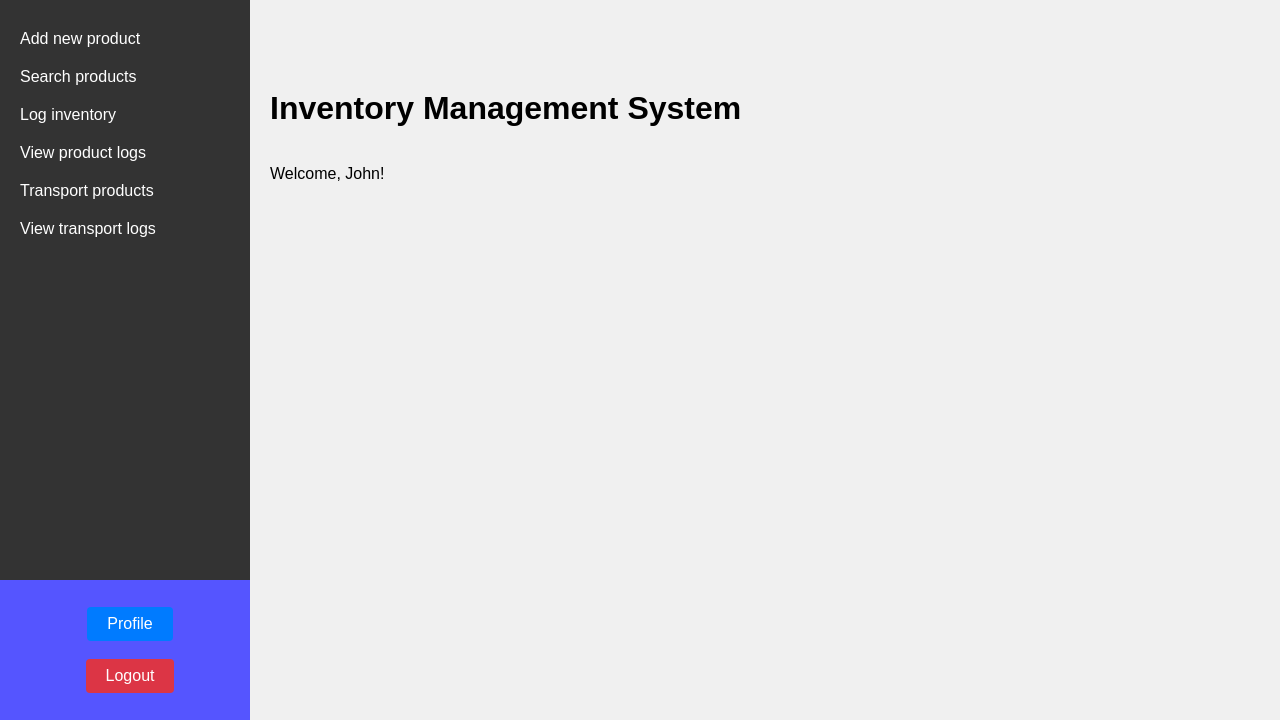
Repository: Warspinix/Flask-Web-Applications
Page: http://localhost/dashboard
An editor plug-in stored every save of this project. The page is shown before and after the next save, followed by the edit.
The browser window is 1280 px wide. The pictures show the whole page.
The page is served by the project's application, run on Flask 3 (app.py). The session is filled in as if someone had signed in: {"user_id": 1, "first_name": "John"}.

Above is the page before, as saved 2024-06-13 22:33:05.

### templates/dashboard.html
<!-- dashboard.html -->

<!DOCTYPE html>
<html>

<head>
    <title>Inventory Management System</title>
    <link rel="stylesheet" type="text/css" href="{{ url_for('static', filename='style.css') }}">
</head>

<body>
    <div class="container">
        <!-- Navigation Bar -->
        <nav class="navbar" id="navbar">
            <div class="navbar-container">
                <!-- Functionality list -->
                <ul class="navbar-menu" id="menu">
                    <li><a href="{{ url_for('add_product') }}">Add new product</a></li>
                    <li><a href="{{ url_for('search_products') }}">Search products</a></li>
                    <li><a href="{{ url_for('log_inventory') }}">Log inventory</a></li>
                    <li><a href="{{ url_for('view_product_logs') }}">View product logs</a></li>
                    <li><a href="{{ url_for('transport_products') }}">Transport products</a></li>
                    <li><a href="{{ url_for('view_transport_logs') }}">View transport logs</a></li>
                </ul>

                <div class="profile-logout">
                    <a href="{{ url_for('profile') }}" class="btn btn-primary">Profile</a><br>
                    <a href="{{ url_for('logout') }}" class="btn btn-danger">Logout</a>
                </div>
            </div>
        </nav>
        <div class="content">
            <h1>Inventory Management System</h1>

            <!-- Welcome message -->
            <p>Welcome, {{ first_name }}!</p>
        </div>
    </div>
</body>

</html>

### app.py
from flask import Flask, render_template, redirect, url_for, flash, session
import flask_mysqldb
from flask_wtf import FlaskForm
from wtforms import StringField, PasswordField, SubmitField, IntegerField, SelectField
from wtforms.validators import DataRequired, NumberRange, Optional
import os
import datetime
from flask_bcrypt import Bcrypt

secret_key = os.urandom(24).hex()

app = Flask(__name__)
app.config["SECRET_KEY"] = secret_key
app.config["MYSQL_HOST"] = "localhost"
app.config["MYSQL_USER"] = "root"
app.config["MYSQL_PASSWORD"] = ""
app.config["MYSQL_DB"] = "inventory"

bcrypt = Bcrypt(app)

mysql = flask_mysqldb.MySQL(app)

class RegistrationForm(FlaskForm):
    email = StringField("Email", validators=[DataRequired()])
    first_name = StringField("First Name", validators=[DataRequired()])
    last_name = StringField("Last Name", validators=[DataRequired()])
    password = PasswordField("Password", validators=[DataRequired()])
    submit = SubmitField("Register")

class LoginForm(FlaskForm):
    user_id = StringField("User ID", validators=[DataRequired()])
    password = PasswordField("Password", validators=[DataRequired()])
    submit = SubmitField("Login")

class AddProductForm(FlaskForm):
    product_name = StringField("Product Name", validators=[DataRequired()])
    submit = SubmitField("Add Product")

class SearchForm(FlaskForm):
    search_by = StringField("Search by", validators=[DataRequired()])
    search_term = StringField("Search term", validators=[DataRequired()])
    submit = SubmitField("Search")

class AddToInventoryForm(FlaskForm):
    product_id = StringField("Product ID", validators=[DataRequired()])
    quantity_added = StringField("Quantity to add", validators=[DataRequired()])
    submit = SubmitField("Add to Inventory")

from flask_wtf import FlaskForm
from wtforms import SelectField, StringField, SubmitField
from wtforms.validators import DataRequired, Optional

class ViewProductLogsForm(FlaskForm):
    search_by = SelectField("Search by", choices=[
        ('', 'Select option'),
        ('id', 'Product ID'),
        ('month', 'Month'),
        ('both', 'Both')
    ], validators=[DataRequired()])
    product_id = StringField("Product ID", validators=[Optional()])
    month = SelectField("Select month", choices=[
        ('', 'Select month'),
        ('1', 'January'), ('2', 'February'), ('3', 'March'), ('4', 'April'),
        ('5', 'May'), ('6', 'June'), ('7', 'July'), ('8', 'August'),
        ('9', 'September'), ('10', 'October'), ('11', 'November'), ('12', 'December')
    ], validators=[Optional()])
    submit = SubmitField("View Logs")


class TransportForm(FlaskForm):
    product_id = IntegerField('Product ID', validators=[DataRequired(), NumberRange(min=1)])
    quantity_transported = IntegerField('Quantity to transport', validators=[DataRequired(), NumberRange(min=1)])
    submit = SubmitField('Transport')

class ViewTransportLogsForm(FlaskForm):
    search_by = SelectField("Search by", choices=[('', 'Select option'), ('id', 'Product ID'), ('month', 'Month'), ('both', 'Both')], validators=[DataRequired()])
    product_id = StringField("Product ID", validators=[Optional()])
    month = StringField("Select month", validators=[Optional()])
    submit = SubmitField("View Logs")


@app.route("/")
def index():
    return render_template("index.html")

@app.route("/register", methods=["GET", "POST"])
def register():
    form = RegistrationForm()
    if form.validate_on_submit():
        cur = mysql.connection.cursor()
        cur.execute("SELECT COUNT(*) FROM users")
        count = cur.fetchone()[0] + 1
        user_id = str(datetime.date.today().year) + str(count).zfill(3)
        registration_date = datetime.date.today()
        registration_time = datetime.datetime.now().time()
        hashed_password = bcrypt.generate_password_hash(form.password.data).decode('utf-8')
        cur.execute("INSERT INTO users (id, email, first_name, last_name, password, registration_date, registration_time) VALUES (%s, %s, %s, %s, %s, %s, %s)",
                    (user_id, form.email.data, form.first_name.data, form.last_name.data, hashed_password, registration_date, registration_time))
        mysql.connection.commit()
        # flash("Registration successful! You will be redirected to the home page in 3 seconds.")
        # return render_template("register_success.html")
        return redirect(url_for("index"))
    return render_template("register.html", form=form)

@app.route("/login", methods=["GET", "POST"])
def login():
    form = LoginForm()
    if form.validate_on_submit():
        cur = mysql.connection.cursor()
        print(form.user_id.data)
        print(form.password.data)
        cur.execute("SELECT password, first_name FROM users WHERE email = %s", (form.user_id.data,))
        result = cur.fetchone()
        print(result)
        if result:
            hashed_password = result[0]
            if bcrypt.check_password_hash(hashed_password, form.password.data):
                session['user_id'] = form.user_id.data
                session['first_name'] = result[1]  # Store first name in session
                return redirect(url_for("dashboard"))
            else:
                flash("Invalid user ID or password")
        else:
            flash("Invalid user ID or password")
    return render_template("login.html", form=form)

@app.route("/logout")
def logout():
    session.pop('user_id', None)
    session.pop('first_name', None)
    return redirect(url_for("index"))

@app.route("/dashboard")
def dashboard():
    if 'user_id' not in session:
        return redirect(url_for("login"))
    return render_template("dashboard.html", user_id=session['user_id'], first_name=session['first_name'])

@app.route("/profile")
def profile():
    if 'user_id' not in session:
        return redirect(url_for("login"))
    cur = mysql.connection.cursor()
    cur.execute("SELECT email, first_name, last_name, registration_date FROM users WHERE id = %s", (session['user_id'],))
    result = cur.fetchone()
    if result:
        return render_template("profile.html", email=result[0], first_name=result[1], last_name=result[2], registration_date=result[3])
    else:
        flash("User not found")
        return redirect(url_for("dashboard"))

@app.route("/add_product", methods=["GET", "POST"])
def add_product():
    if 'user_id' not in session:
        return redirect(url_for("login"))
    form = AddProductForm()
    if form.validate_on_submit():
        cur = mysql.connection.cursor()
        cur.execute("INSERT INTO products (name, quantity) VALUES (%s, %s)",
                    (form.product_name.data, 0))
        mysql.connection.commit()
        cur.execute("SELECT id FROM products ORDER BY id DESC LIMIT 1")
        product_id = cur.fetchone()[0]
        flash("Product added successfully! Product ID is " + str(product_id))
    return render_template("add_product.html", form=form, user_id=session['user_id'], first_name=session['first_name'])

@app.route("/search_products", methods=["GET", "POST"])
def search_products():
    if 'user_id' not in session:
        return redirect(url_for("login"))
    form = SearchForm()
    if form.validate_on_submit():
        cur = mysql.connection.cursor()
        if form.search_by.data == "id":
            cur.execute("SELECT * FROM products WHERE id = %s", (form.search_term.data,))
        else:
            cur.execute("SELECT * FROM products WHERE name LIKE %s", ("%" + form.search_term.data + "%",))
        products = cur.fetchall()
        return render_template("search_products.html", form=form, products=products, user_id=session['user_id'], first_name=session['first_name'])
    return render_template("search_products.html", form=form, user_id=session['user_id'], first_name=session['first_name'])

@app.route("/log_inventory", methods=["GET", "POST"])
def log_inventory():
    if 'user_id' not in session:
        return redirect(url_for("login"))
    form = AddToInventoryForm()
    if form.validate_on_submit():
        cur = mysql.connection.cursor()
        cur.execute("SELECT quantity FROM products WHERE id = %s", (form.product_id.data,))
        result = cur.fetchone()
        if result:
            new_quantity = result[0] + int(form.quantity_added.data)
            cur.execute("UPDATE products SET quantity = %s WHERE id = %s", (new_quantity, form.product_id.data))
            mysql.connection.commit()
            cur.execute("INSERT INTO products_log (product_id, quantity_added, log_date, log_time, user_id) VALUES (%s, %s, %s, %s, %s)",
                        (form.product_id.data, form.quantity_added.data, datetime.date.today(), datetime.datetime.now().time(), session['user_id']))
            mysql.connection.commit()
            flash("Inventory updated successfully!")
        else:
            flash("Product not found")
    return render_template("log_inventory.html", form=form, user_id=session['user_id'], first_name=session['first_name'])

@app.route("/view_product_logs", methods=["GET", "POST"])
def view_product_logs():
    if 'user_id' not in session:
        return redirect(url_for("login"))

    form = ViewProductLogsForm()
    product_logs = None

    if form.validate_on_submit():
        search_by = form.search_by.data
        product_id = form.product_id.data
        month = form.month.data

        query = """SELECT pl.product_id, p.name, pl.quantity_added, pl.log_date, pl.log_time,
                          CONCAT(u.first_name, ' ', u.last_name) AS full_name
                   FROM products_log pl
                   JOIN products p ON pl.product_id = p.id
                   JOIN users u ON pl.user_id = u.id"""
        conditions = []
        params = []

        if search_by == 'id':
            conditions.append("pl.product_id = %s")
            params.append(product_id)
        elif search_by == 'month':
            conditions.append("MONTH(pl.log_date) = %s")
            params.append(month)
        elif search_by == 'both':
            conditions.append("pl.product_id = %s AND MONTH(pl.log_date) = %s")
            params.append(product_id)
            params.append(month)

        if conditions:
            query += " WHERE " + " AND ".join(conditions)

        cur = mysql.connection.cursor()
        cur.execute(query, tuple(params))
        product_logs = cur.fetchall()

    return render_template("view_product_logs.html", form=form, product_logs=product_logs, user_id=session['user_id'], first_name=session['first_name'])

@app.route("/transport_products", methods=["GET", "POST"])
def transport_products():
    if 'user_id' not in session:
        return redirect(url_for("login"))
    form = TransportForm()
    if form.validate_on_submit():
        cur = mysql.connection.cursor()
        cur.execute("SELECT quantity FROM products WHERE id = %s", (form.product_id.data,))
        result = cur.fetchone()
        if result:
            current_quantity = result[0]
            if current_quantity >= form.quantity_transported.data:
                new_quantity = current_quantity - form.quantity_transported.data
                cur.execute("UPDATE products SET quantity = %s WHERE id = %s", (new_quantity, form.product_id.data))
                mysql.connection.commit()
                cur.execute("INSERT INTO transports_log (product_id, user_id, quantity_transported, log_date, log_time) VALUES (%s, %s, %s, %s, %s)",
                            (form.product_id.data, session['user_id'], form.quantity_transported.data, datetime.date.today(), datetime.datetime.now().time()))
                mysql.connection.commit()
                flash("Product transported successfully!")
            else:
                flash("Not enough quantity in stock")
        else:
            flash("Product not found")
    return render_template("transport_products.html", form=form, user_id=session['user_id'], first_name=session['first_name'])

@app.route("/view_transport_logs", methods=["GET", "POST"])
def view_transport_logs():
    if 'user_id' not in session:
        return redirect(url_for("login"))
    form = ViewTransportLogsForm()
    transport_logs = None
    if form.validate_on_submit():
        search_by = form.search_by.data
        product_id = form.product_id.data
        month = form.month.data

        query = """SELECT tl.id, tl.product_id, p.name, tl.quantity_transported, tl.log_date, tl.log_time,
                          CONCAT(u.first_name, ' ', u.last_name) AS full_name
                   FROM transports_log tl
                   JOIN products p ON tl.product_id = p.id
                   JOIN users u ON tl.user_id = u.id"""
        params = []

        if search_by == 'id':
            query += " WHERE tl.product_id = %s"
            params.append(product_id)
        elif search_by == 'month':
            query += " WHERE MONTH(tl.log_date) = %s"
            params.append(month)
        elif search_by == 'both':
            query += " WHERE tl.product_id = %s AND MONTH(tl.log_date) = %s"
            params.append(product_id)
            params.append(month)

        cur = mysql.connection.cursor()
        cur.execute(query, tuple(params))
        transport_logs = cur.fetchall()

    return render_template("view_transport_logs.html", form=form, transport_logs=transport_logs, user_id=session['user_id'], first_name=session['first_name'])

if __name__ == "__main__":
    app.run(debug=True)

### static/style.css
/* Reset default styles */
* {
    margin: 0;
    padding: 0;
    box-sizing: border-box;
}

body {
    font-family: Arial, sans-serif;
    background-color: #f0f0f0;
    display: flex;
    flex-direction: column;
    min-height: 100vh;
}

h1 {
    padding-bottom: 1.2em;
}

/* Navigation Bar styles */
.navbar {
    background-color: #333;
    color: #fff;
    position: fixed;
    width: 250px; /* Set the width */
    height: 100%;
    top: 0;
    left: 0;
    z-index: 1000;
    transition: all 0.3s ease;
}

.navbar-container {
    display: flex;
    flex-direction: column;
    height: 100%;
}

.navbar-header {
    display: flex;
    align-items: center;
    justify-content: space-between; /* Adjust spacing */
    margin-bottom: 20px; /* Adjust spacing */
}

.navbar-brand {
    color: #fff;
    text-decoration: none;
    font-size: 1.5rem;
    margin-left: 10px;
}

.navbar-menu {
    list-style-type: none;
    display: flex;
    height: 80svh;
    /* padding: 10px 20px; */
    flex-direction: column;
    margin-top: 20px; /* Push menu items to the bottom */
}

.navbar-menu li {
    margin-right: 0; /* Remove margin */
}

.navbar-menu li a {
    color: #fff;
    text-decoration: none;
}

.navbar-menu li {
    padding: 10px 20px;
    transition: color 0.3s ease;
}

.navbar-menu li:hover {
    background-color: #007bff;
}

/* Profile and logout buttons */
.profile-logout {
    display: flex;
    flex-direction: column;
    background-color: #5555ff;
    align-items: center;
    justify-content: center;
    text-align: right;
    padding: 10px 40px;
    height: 20svh;
}

.profile-logout a {
    color: #fff;
    text-decoration: none;
    padding: 8px 20px;
    border-radius: 4px;
    margin-left: 10px;
    transition: background-color 0.3s ease;
}

.profile-logout a.btn {
    color: #fff;
    text-decoration: none;
    padding: 8px 20px;
    border-radius: 4px;
    transition: background-color 0.3s ease;
}

.profile-logout a.btn-primary {
    background-color: #007bff;
}

.profile-logout a.btn-danger {
    background-color: #dc3545;
}

.profile-logout a.btn:hover {
    background-color: #0056b3;
}


/* Menu toggle button */
.menu-toggle {
    background: none;
    border: none;
    cursor: pointer;
    display: none;
    padding: 5px;
    position: absolute;
    top: 10px;
    right: 10px;
    z-index: 1500;
}

.menu-toggle span {
    background-color: #fff;
    display: block;
    height: 2px;
    margin-bottom: 4px;
    transition: transform 0.2s ease, background-color 0.2s ease;
    width: 20px;
}

.menu-toggle span:nth-child(1) {
    transform: translateY(6px) rotate(45deg);
}

.menu-toggle span:nth-child(2) {
    opacity: 0;
}

.menu-toggle span:nth-child(3) {
    transform: translateY(-6px) rotate(-45deg);
}

@media screen and (max-width: 768px) {
    .navbar {
        width: 250px;
        transform: translateX(-100%);
        transition: transform 0.3s ease;
    }

    .navbar.active {
        transform: translateX(0);
    }

    .navbar-container {
        flex-direction: row;
    }

    .navbar-header {
        margin-bottom: 20px; /* Adjust spacing */
        width: 100%;
        display: flex;
        justify-content: space-between;
    }

    .navbar-brand {
        margin-bottom: 0; /* Adjust spacing */
    }

    .navbar-menu {
        flex-direction: column;
        margin-top: 0;
        width: 100%;
    }

    .navbar-menu.active {
        flex-direction: column;
    }

    .menu-toggle {
        display: block;
    }

    .profile-logout a {
        margin-left: 10px;
        margin-bottom: 0;
    }
}

/* Side Navigation for small screens */
.side-nav {
    position: fixed;
    top: 0;
    left: -250px;
    width: 250px;
    height: 100%;
    background-color: #333;
    transition: all 0.3s ease;
    z-index: 1200;
}

.side-nav.active {
    left: 0;
}

.side-nav ul {
    list-style-type: none;
    padding: 0;
    margin: 20px 0;
}

.side-nav ul li {
    padding: 10px;
    border-bottom: 1px solid #666;
}

.side-nav ul li a {
    color: #fff;
    text-decoration: none;
    display: block;
    transition: all 0.3s ease;
}

.side-nav ul li a:hover {
    background-color: #007bff;
}

/* Content area */
.content {
    margin-left: 250px; /* Width of the side nav */
    margin-top: 70px;
    padding: 20px;
    flex: 1;
}

/* Form styles */
form {
    background-color: #fff;
    padding: 20px;
    border-radius: 8px;
    box-shadow: 0 4px 6px rgba(0, 0, 0, 0.1);
}

form label {
    font-weight: bold;
}

form input[type="number"],
form select {
    padding: 8px;
    margin-top: 5px;
    width: 100%;
    border: 1px solid #ccc;
    border-radius: 4px;
}

form input[type="submit"] {
    background-color: #007bff;
    color: #fff;
    border: none;
    padding: 10px 20px;
    cursor: pointer;
    margin-top: 10px;
    border-radius: 4px;
    transition: background-color 0.3s ease;
}

form input[type="submit"]:hover {
    background-color: #0056b3;
}

/* Table styles */
table {
    width: 100%;
    margin-top: 20px;
    border-collapse: collapse;
    border-radius: 8px;
    overflow: hidden;
    box-shadow: 0 4px 6px rgba(0, 0, 0, 0.1);
}

table th, table td {
    padding: 12px 15px;
    text-align: left;
    border-bottom: 1px solid #ddd;
}

table th {
    background-color: #007bff;
    color: #fff;
}

After the next save:
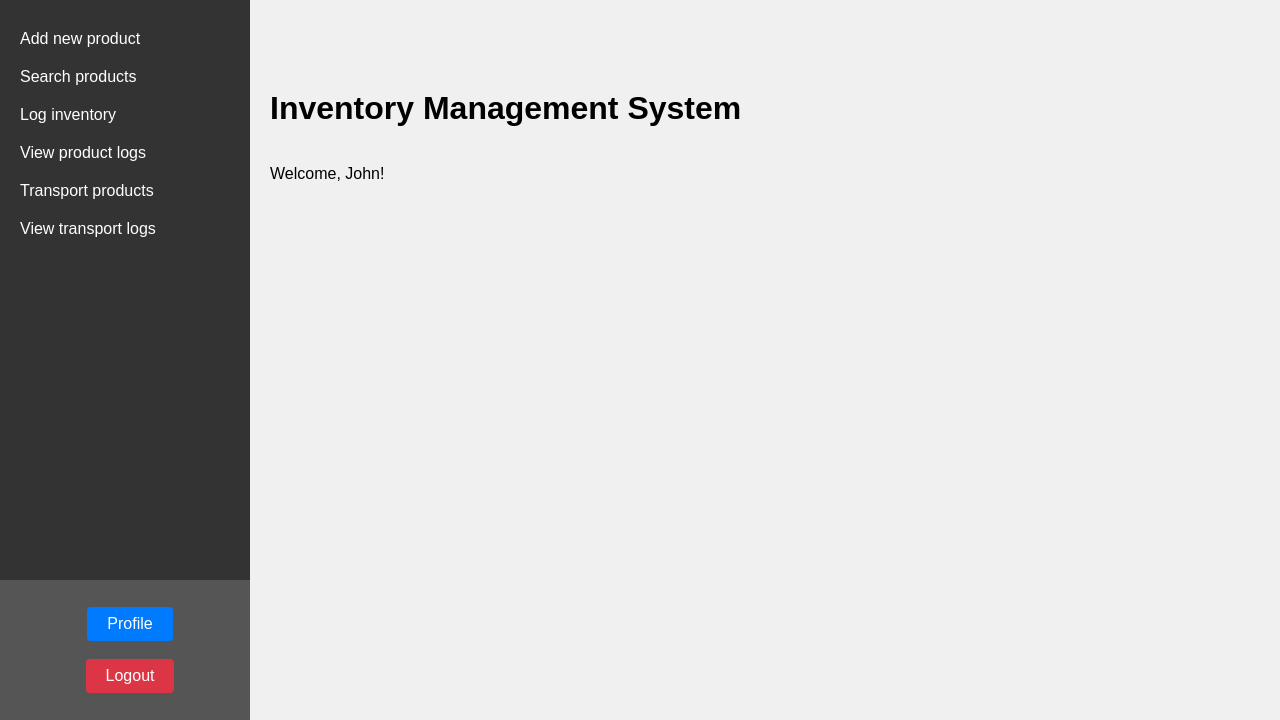
Saved 63 s later.
--- a/static/style.css
+++ b/static/style.css
@@ -81,7 +81,7 @@ h1 {
 .profile-logout {
     display: flex;
     flex-direction: column;
-    background-color: #5555ff;
+    background-color: #555555;
     align-items: center;
     justify-content: center;
     text-align: right;
